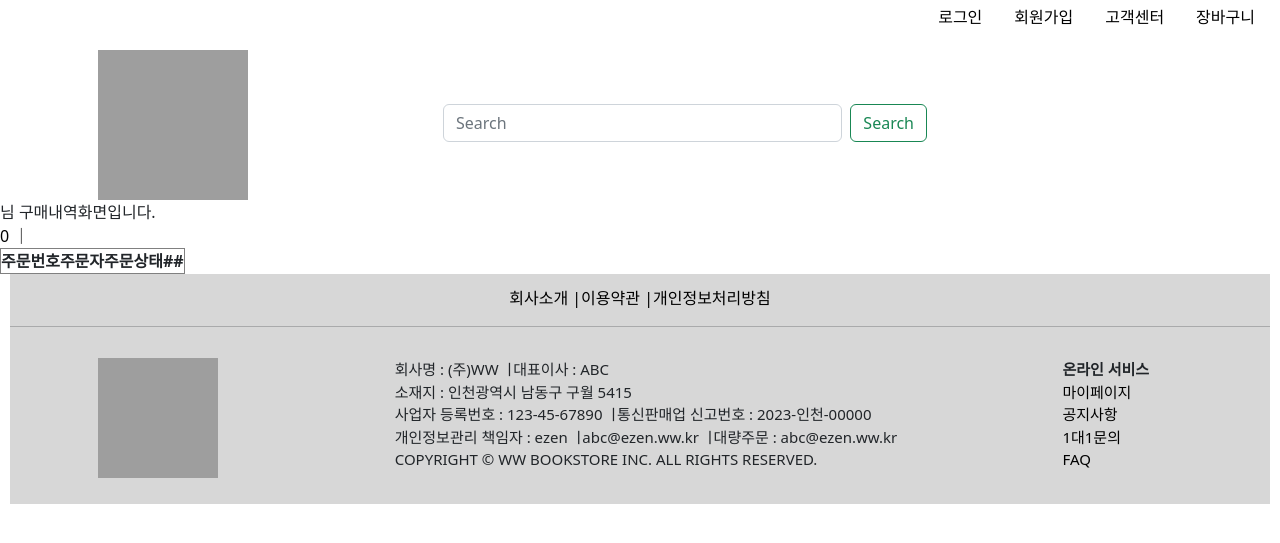
Repository: leehyeonung/project4
Page: http://localhost/book/WEB-INF/views/member/buyCheck.jsp
An editor plug-in stored every save of this project. The page is shown before and after the next save, followed by the edit.
The browser window is 1280 px wide. The pictures show the whole page.
Pictures or frames that could not be fetched are drawn as grey boxes. The page is served by Tomcat 9. Nobody is signed in. The template is opened directly, without the code that normally fills it, so the values that code supplies are empty.

Above is the page before, as saved 2023-01-06 04:16:42.

After the next save:
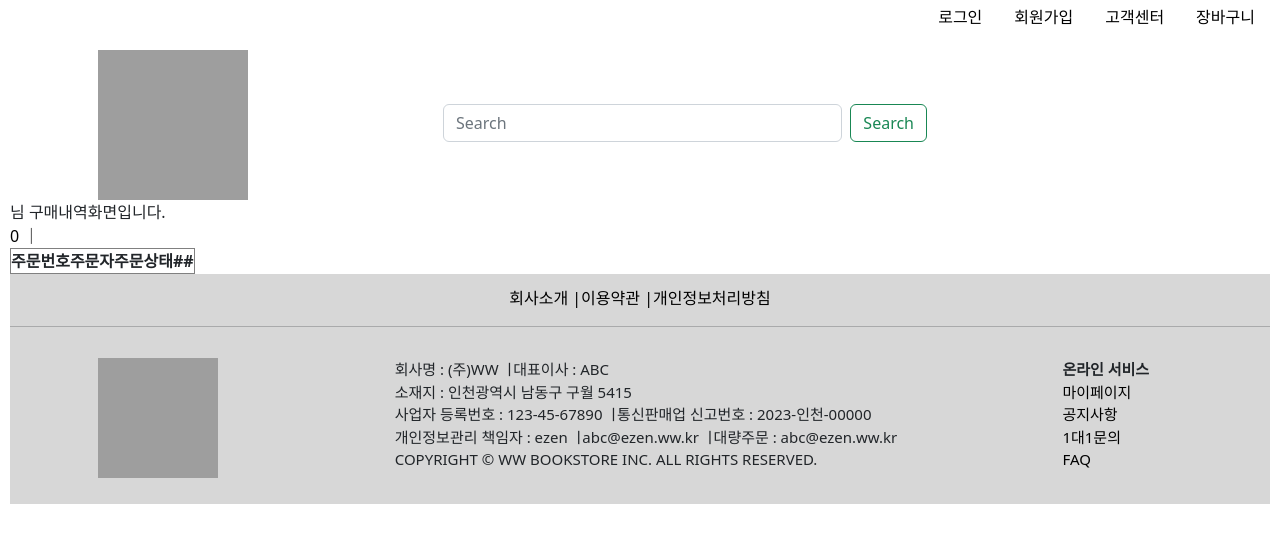
Saved 14 s later.
--- a/book/src/main/webapp/WEB-INF/views/member/buyCheck.jsp
+++ b/book/src/main/webapp/WEB-INF/views/member/buyCheck.jsp
@@ -10,6 +10,7 @@
 </head>
 <body>
 <jsp:include page="../layout/header.jsp"></jsp:include>
+<div class="main">
 ${ses.mem_id}님 구매내역화면입니다.
 
 <table border="1">
@@ -45,6 +46,7 @@ ${ses.mem_id}님 구매내역화면입니다.
 
 
 
+</div>
 <jsp:include page="../layout/footer.jsp"></jsp:include>
 </body>
 </html>
